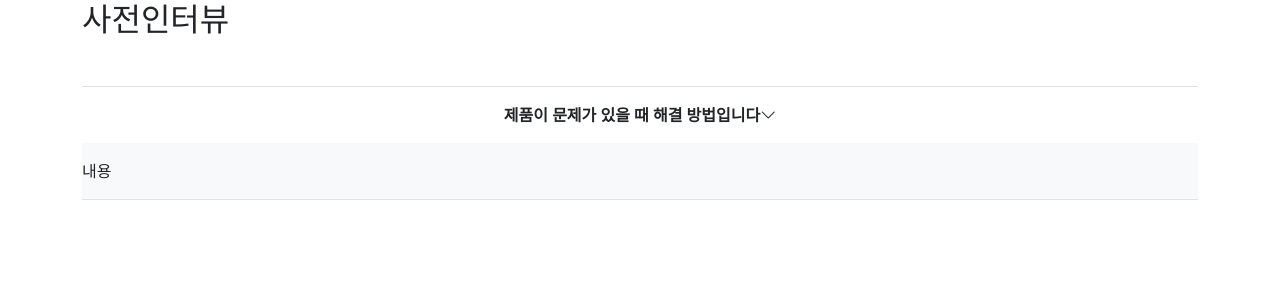
Repository: shin-eekk/js_study
Page: faq.html
These files come from the project's save history. The page is drawn as it stood at one moment and after the next save; the edit follows.
The browser window is 1280 px wide. The pictures show the whole page.
The style sheet was rebuilt from its Sass, Less or Tailwind sources for each picture, by a compiler version that may differ from the author's.

Above is the page before, as saved 2025-03-12 10:45:21.

After the next save:
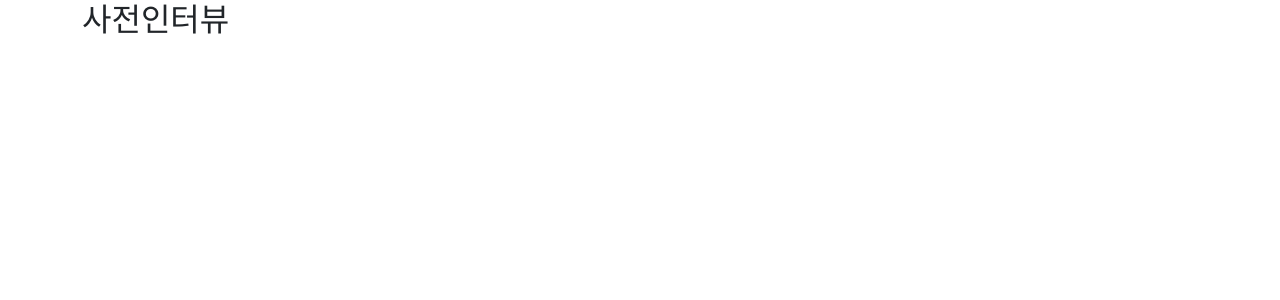
Console error: SyntaxError: Unexpected token '}'
Saved 8 s later.
--- a/js/faq.js
+++ b/js/faq.js
@@ -25,7 +25,7 @@
                     <strong>${faq[0].dt}</strong>
                     <i class="bi bi-chevron-down"></i>
                 </dt>
-                <dd class="border-bottom py-3 bg-light">내용</dd>`;
+                <dd class="border-bottom py-3 bg-light">${}</dd>`;
     const fqadom = document.querySelector("#faq dl");
     fqadom.innerHTML = fqatag;
 })

After the 2 saves that followed:
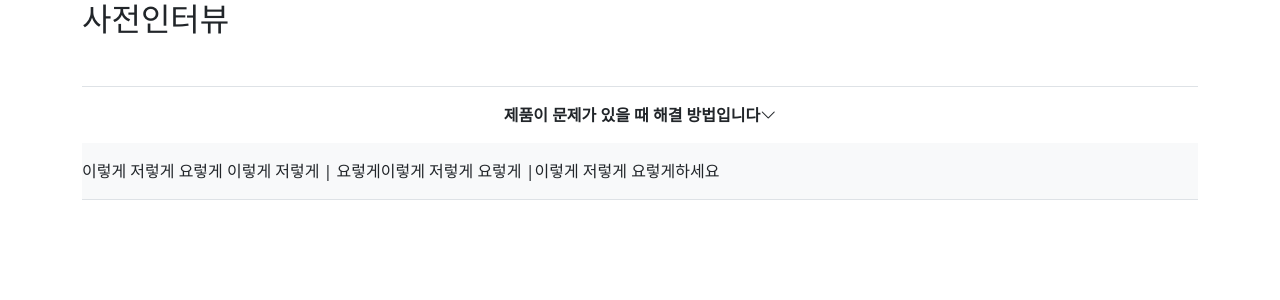
The error is gone.
The 2 saves are shown as one change because 1 left the picture as it was.
The last was saved 22 s later.
--- a/js/faq.js
+++ b/js/faq.js
@@ -25,7 +25,7 @@
                     <strong>${faq[0].dt}</strong>
                     <i class="bi bi-chevron-down"></i>
                 </dt>
-                <dd class="border-bottom py-3 bg-light">${}</dd>`;
+                <dd class="border-bottom py-3 bg-light">${faq[0].dd}</dd>`;
     const fqadom = document.querySelector("#faq dl");
     fqadom.innerHTML = fqatag;
 })
